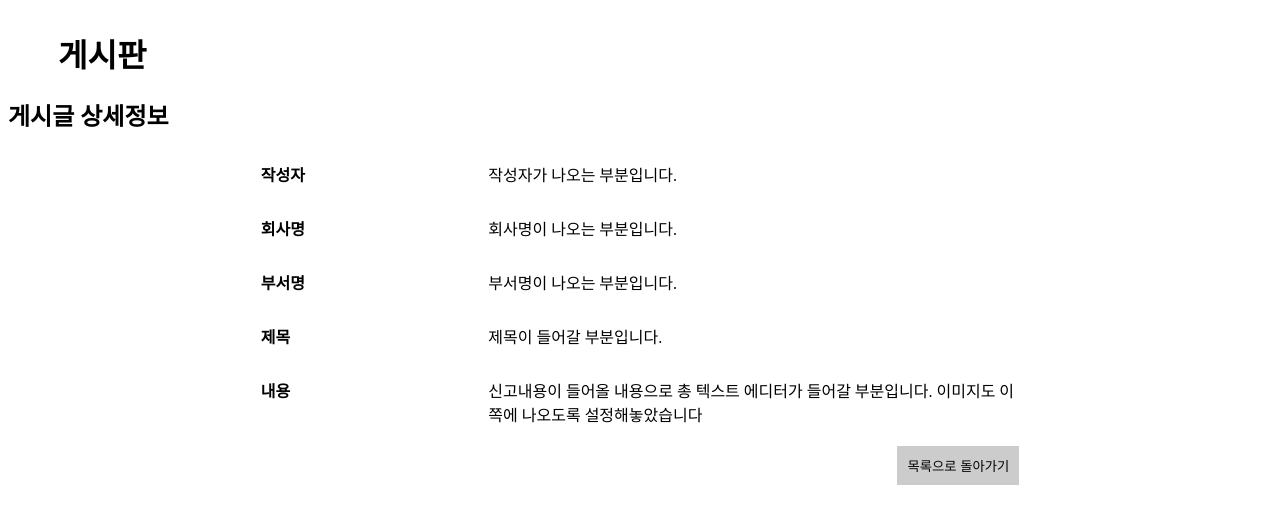
Repository: thdtjdgml415/exVoc
Page: /postView/1
These files come from the project's save history. The page is drawn as it stood at one moment and after the next save; the edit follows.
The browser window is 1280 px wide. The pictures show the whole page.
The project was rebuilt for these pictures with package versions that can differ from the ones it lists, and the page was loaded fresh each time. Also part of the build but not shown: src/components/table/CommonTable.css, src/components/table/CommonTable.js, src/components/table/CommonTableColumn.js, src/components/table/CommonTableRow.js, src/components/table/CommonTableWriteBtn.js, src/Page/PostList.js, src/Page/PostMain.js, src/Page/registration.css and 4 more.

Above is the page before, as saved 2023-01-13 11:08:39.

### public/index.html
<!DOCTYPE html>
<html lang="en">
<head>
  <meta charset="UTF-8">
  <meta http-equiv="X-UA-Compatible" content="IE=edge">
  <meta name="viewport" content="width=device-width, initial-scale=1.0">
  <title>게시판</title>
</head>
<body>
  <div id="root"></div>
</body>
</html>

### src/App.js
import { BrowserRouter, Routes,  Route } from 'react-router-dom';
import PostMain from './Page/PostMain';
import PostView from './Page/PostView';
import Registration from './Page/Registration';

function App() {
  return (
    <div className='App'>
      <h1>게시판</h1>
      <BrowserRouter>
        <Routes>
          <Route path='/postView/:no' element={<PostView/>}/>
          <Route path='/' element= {<PostMain/>}/>
          <Route path='/Registration/' element={<Registration/>}/>
        </Routes>
      </BrowserRouter>
    </div>
  )
}

export default App;

### src/Page/PostView.js
import React, { useEffect, useState } from 'react';
import { useNavigate, useParams } from 'react-router';
import { getPostByNo } from '../Data';
import './Post.css'


const PostView = ({ }) => {
  const [ data, setData ] = useState({});
  const navigator = useNavigate();
  const { no } = useParams();


    useEffect(() => {
      setData(getPostByNo(no));
    }, [ ]);

  return (
    <>
      <h2 align="left">게시글 상세정보</h2>
      <div className="post-view-wrapper">
          <>
            <div className="post-view-row">
              <label>작성자</label>
              <label>작성자가 나오는 부분입니다.</label>
            </div>
            <div className="post-view-row">
              <label>회사명</label>
              <label>회사명이 나오는 부분입니다.</label>
            </div>
            <div className="post-view-row">
              <label>부서명</label>
              <label>부서명이 나오는 부분입니다.</label>
            </div>
            <div className="post-view-row">
              <label>제목</label>
              <label>제목이 들어갈 부분입니다.</label>
            </div>
            <div className="post-view-row">
              <label>내용</label>
              <label>신고내용이 들어올 내용으로 총 텍스트 에디터가 들어갈 부분입니다. 이미지도 이쪽에 나오도록 설정해놓았습니다</label>
            </div>
          </>
        <div className='post-view-btn-wrap'>
          <button className="post-view-go-list-btn" onClick={() => navigator(-1)}>목록으로 돌아가기</button>
        </div>
      </div>
    </>
  )
}

export default PostView;

### src/Data.js
const postList = [
    {
        "no": 1,
        "title": "첫번째 게시글입니다.",
        "content": "첫번째 게시글 내용입니다.",
        "createDate": "2023-01-12"
      },
      {
        "no": 2,
        "title": "두번째 게시글입니다.",
        "content": "두번째 게시글 내용입니다.",
        "createDate": "2023-01-12"
      },
      {
        "no": 3,
        "title": "세번째 게시글입니다.",
        "content": "세번째 게시글 내용입니다.",
        "createDate": "2023-01-12"
      },
      {
        "no": 4,
        "title": "네번째 게시글입니다.",
        "content": "네번째 게시글 내용입니다.",
        "createDate": "2023-01-12"
      },
      {
        "no": 5,
        "title": "다섯번째 게시글입니다.",
        "content": "다섯번째 게시글 내용입니다.",
        "createDate": "2023-01-12"
      },
]

const getPostByNo = no => {

    const array = postList.filter(x=>x.no===no);
    if(array.length == 1) {
        return array[1];
    }
    return null;
}

export {
    postList,
    getPostByNo
};

### src/Page/Post.css
.post-view-wrapper {
    width: 60%;
    margin: 0 auto;
  }
  .post-view-btn-wrap {
    display: flex;
    justify-content: flex-end;
  }
  .post-view-go-list-btn {
    border: 0;
    padding: 10px;
    background-color: #ccc;
  }

  .post-view-row {
    margin: 10px 0;
    display: flex;
  }

  .post-view-row > label:first-child {
    margin: 10px 0;
    width: 30%;
    font-weight: bold;
  }

  .post-view-row > *:nth-child(2) {
    margin: 10px 0;
    width: 70%;
  }

### src/components/modal/common.css
#container {
  display: flex;
  flex: 1;
  justify-content: center;
  padding-top: 5ch;
}

html {
  background-color: white;
}

h3 {
  padding: 0;
  -webkit-text-size-adjust: none;
}

h1 {
  margin-left: 50px;
  margin-top: 30px;
}

Loaded but not shown: src/index.js (common file)

After the next save:
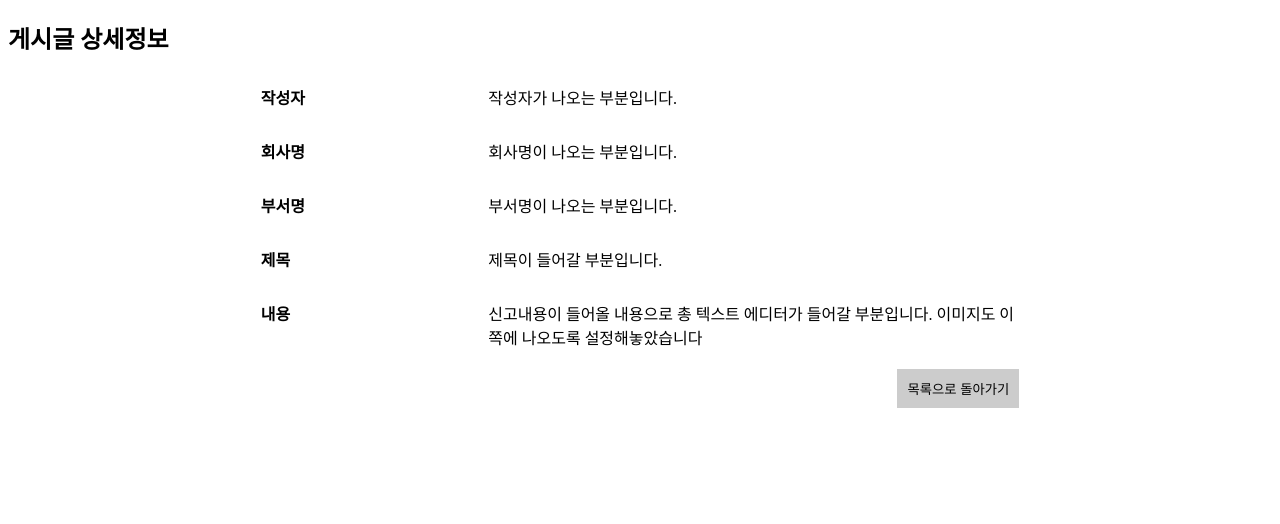
Saved 25 s later.
--- a/src/App.js
+++ b/src/App.js
@@ -6,7 +6,6 @@ import Registration from './Page/Registration';
 function App() {
   return (
     <div className='App'>
-      <h1>게시판</h1>
       <BrowserRouter>
         <Routes>
           <Route path='/postView/:no' element={<PostView/>}/>
